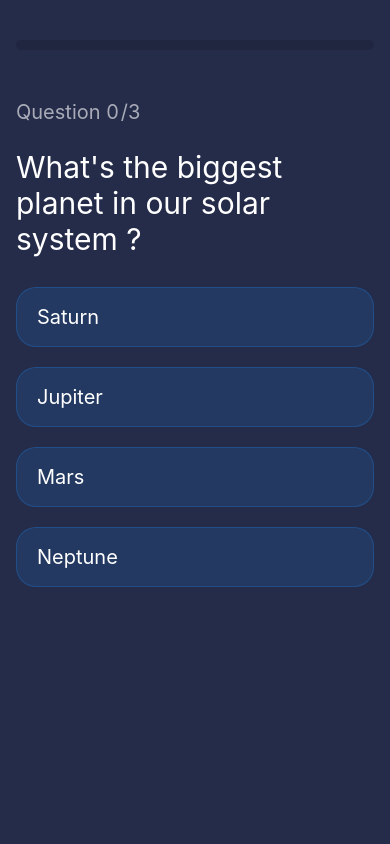
Repository: ds-mbappe/Quiz
Screen: /
These files come from the project's save history. The screen is drawn as it stood at one moment and after the next save; the edit follows.
The app was drawn by React Native's web renderer in a window 390 px wide. The project was rebuilt for these pictures with package versions that can differ from the ones it lists, and the page was loaded fresh each time.

Above is the screen before, as saved 2022-05-29 00:02:24.

After the next save:
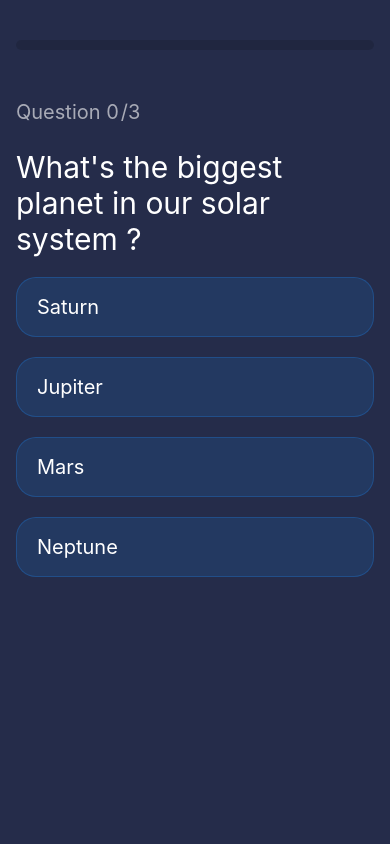
Saved 6 s later.
--- a/screens/Quiz.js
+++ b/screens/Quiz.js
@@ -81,7 +81,7 @@ const Quiz = () => {
         {/* Question */}
         <Text style={{ color: COLORS.white, fontSize: 30 }}>{allQuestions[currentQuestionIndex]?.question}</Text>
 
-        <View style={{height: 20}}>
+        <View style={{height: 10}}>
         </View>
       </View>
     )
